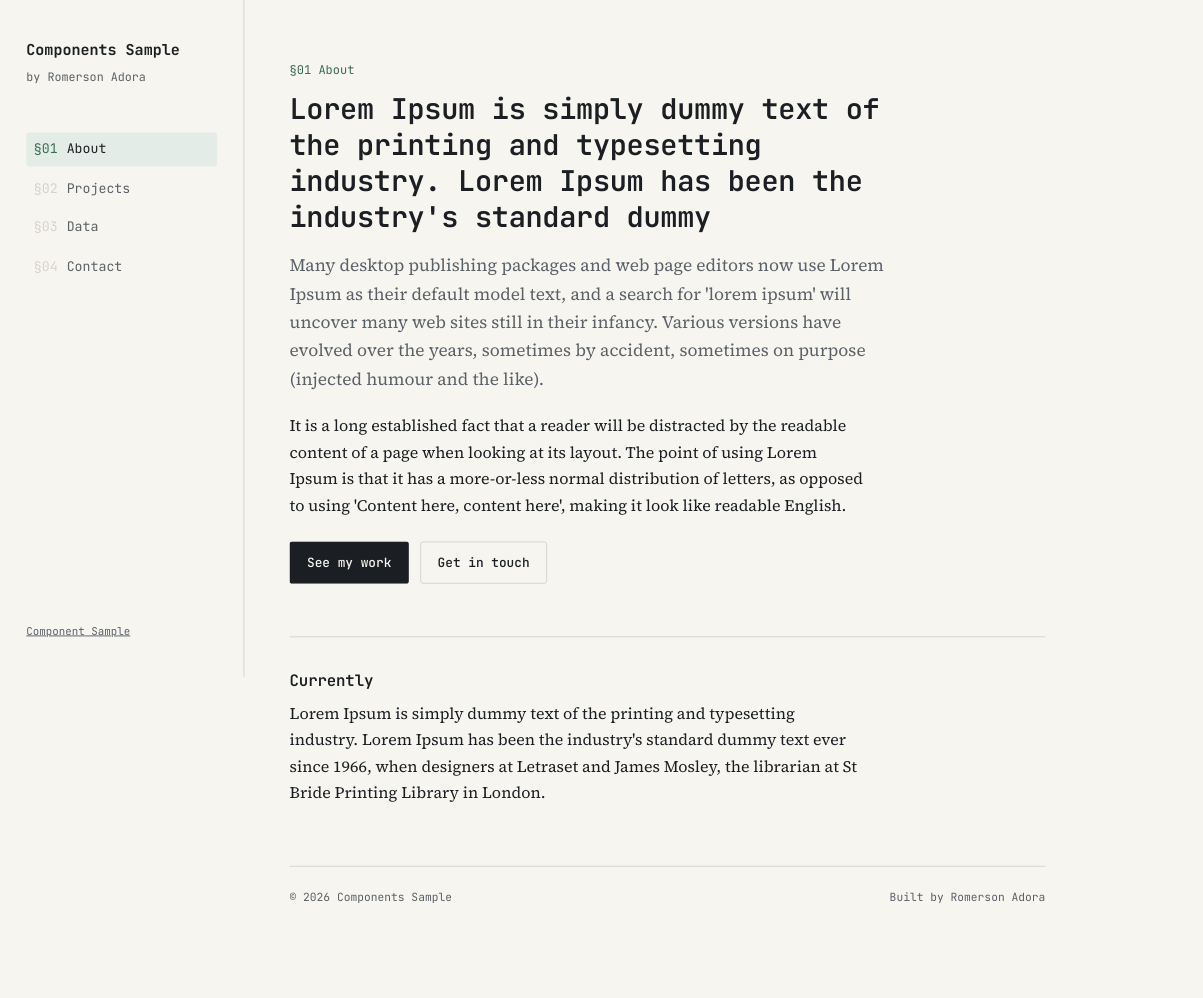
Repository: rsondev/Components-Project
Page: /
These files come from the project's save history. The page is drawn as it stood at one moment and after the next save; the edit follows.
The browser window is 1280 px wide. The pictures show the whole page, at 94% of full size.
The project was rebuilt for these pictures with package versions that can differ from the ones it lists, and the page was loaded fresh each time. Also part of the build but not shown: vite.config.js, src/components/ProjectCard.jsx, src/data/projects.js, src/pages/Projects.jsx, src/components/DataStats.jsx, src/data/skills.js, src/pages/Data.jsx, src/components/ContactForm.jsx and 1 more.

Above is the page before, as saved 2026-09-12 13:44:42.

After the next save:
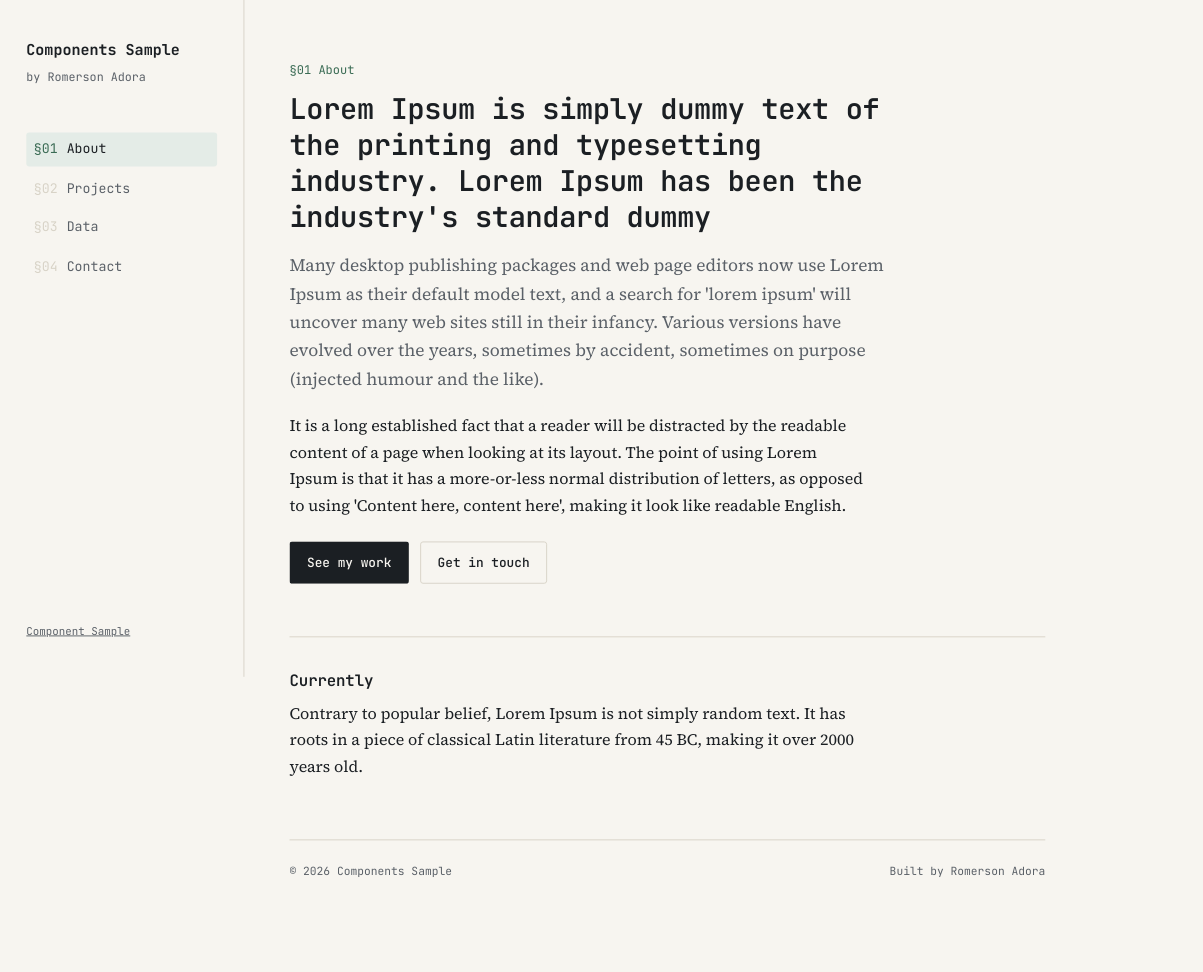
Saved 16 s later.
--- a/src/pages/Home.jsx
+++ b/src/pages/Home.jsx
@@ -29,8 +29,7 @@ export default function Home() {
       <div className="section">
         <h2 className="section-title">Currently</h2>
         <p>
-          Lorem Ipsum is simply dummy text of the printing and typesetting industry. Lorem Ipsum has been the industry's standard dummy
-        text ever since 1966, when designers at Letraset and James Mosley, the librarian at St Bride Printing Library in London.
+         Contrary to popular belief, Lorem Ipsum is not simply random text. It has roots in a piece of classical Latin literature from 45 BC, making it over 2000 years old.
         </p>
       </div>
 
